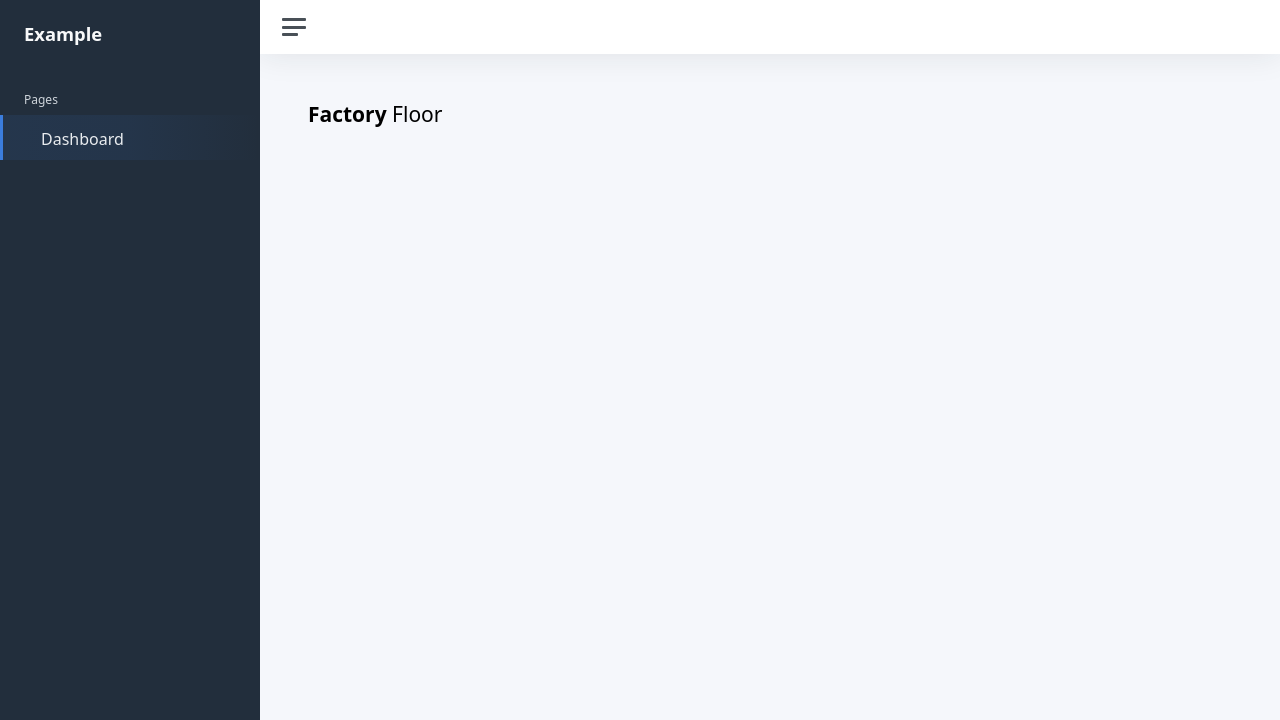
Repository: nick2price2003/rr-app
Page: /
These files come from the project's save history. The page is drawn as it stood at one moment and after the next save; the edit follows.
The browser window is 1280 px wide. The pictures show the whole page.
The project was rebuilt for these pictures with package versions that can differ from the ones it lists, and the page was loaded fresh each time. The framework's server and built-in components were replaced by stand-ins that run in the browser. Also part of the build but not shown: next.config.js.

Above is the page before, as saved 2022-10-11 13:15:12.

After the next save:
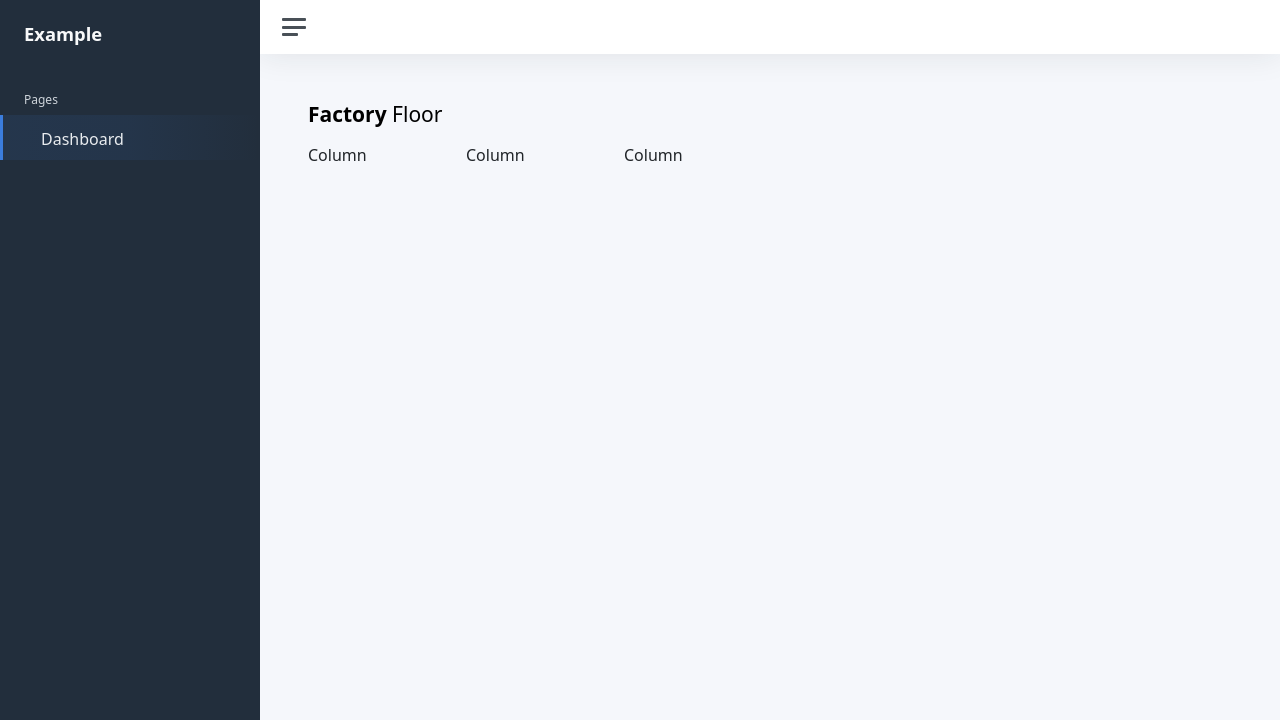
Saved 33 s later.
--- a/pages/index.js
+++ b/pages/index.js
@@ -41,11 +41,12 @@ export default function Home() {
                 <strong>Factory</strong> Floor
               </h1>
               <div class='row'>
+                <div class='col'>Column</div>
+                <div class='col'>Column</div>
+                <div class='col'>Column</div>
                 <div class='col-xl-6 col-xxl-5 d-flex'>
                   <div class='w-100'>
-                    <div className="grid">
-
-                    </div>
+                    <div className='grid'></div>
                   </div>
                 </div>
               </div>
